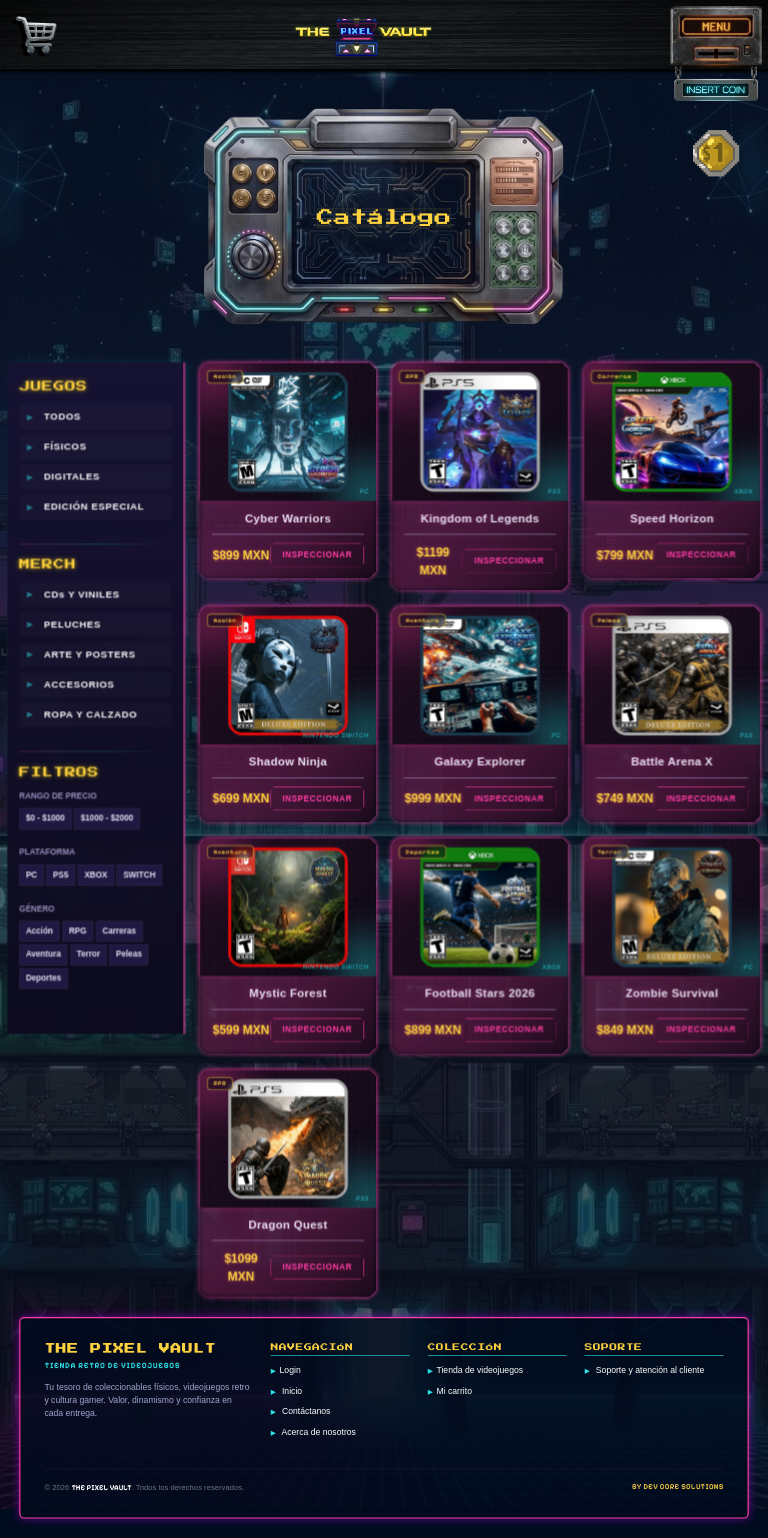
Repository: DianaSGarciaR/The-Pixel-Vault
Page: tienda.html
The author's editor kept a copy of each file at every save. The page is drawn from the files as they stood at one save, then again after a run of saves.
The browser window is 1280 px wide. The pictures show the whole page, at 60% of full size.
Some web fonts or font styles are not loaded; a fallback is used.

Above is the page before, as saved 2026-10-21 14:13:56.

### tienda.html
<!doctype html>
<html lang="es">
  <head>
    <meta charset="UTF-8" />
    <meta name="viewport" content="width=device-width, initial-scale=1.0" />
    <title>Catálogo</title>

    <!-- !LINK BOOSTRAP-->
    <link
      href="https://cdn.jsdelivr.net/npm/bootstrap@5.3.8/dist/css/bootstrap.min.css"
      rel="stylesheet"
      integrity="sha384-sRIl4kxILFvY47J16cr9ZwB07vP4J8+LH7qKQnuqkuIAvNWLzeN8tE5YBujZqJLB"
      crossorigin="anonymous"
    />
    <!-- !FIN LINK BOOSTRAP-->
    <link rel="stylesheet" href="./styles/tienda.css" /> <!--Estilos específicos del catálogo-->
    <link rel="stylesheet" href="./styles/styles.css" /> <!-- Estilos generales de todo el ecommerce-->

    <!--Link de fuente-->
    <style>
      @import url("https://fonts.googleapis.com/css2?family=Inter:ital,opsz,wght@0,14..32,100..900;1,14..32,100..900&family=Pixelify+Sans:wght@400..700&family=Quantico:ital,wght@0,400;0,700;1,400;1,700&display=swap");
    </style>
  </head>

  <body>
    <!-- Navbar-->
    <main class="navThePixelVault"></main>

    <!--↓↓↓↓↓↓↓↓↓↓↓Agrega aquí tu código↓↓↓↓↓↓↓↓↓↓↓↓↓↓-->

    <!--* INICIO : Banner Principal ---->
      <section class="banner-container">
        <!-- Imagen de fondo-->
        <img class="banner-frame" src="./assets/banner-img.webp" alt="Marco del Banner">
        <!-- Contenedor de la pantalla central con los botones -->
        <div class="banner-screen">
          <h3 class="yellow-accent btn-yellow head" class="head" >Catálogo</h3>
        </div>
      </section>
    <!--* FIN : Banner Principal Sci-Fi ---->




    <!--* ============================== Prueba card ========================-->

    <section class="container-fluid my">
      <div class="row g-4">
        <!-- Menú Lateral -->
        <div class="col-12 col-md-3">
          <aside class="banner-sidebar">
  <!-- Sección Videojuegos -->
  <div class="section menu-group">
    <button
      class="section-title menu-toggle d-md-none"
      type="button"
      data-bs-toggle="collapse"
      data-bs-target="#menuVideojuegos"
      aria-expanded="false"
    >
    <span>VIDEOJUEGOS</span>
      <span class="chevron">▼</span>
    </button>
    <h3 class="section-title d-none d-md-block">JUEGOS</h3>
    <div class="collapse d-md-block" id="menuVideojuegos">
    <ul class="menu-list">
      <li><a href="#Videojuegos" id="Videojuegos"><span class="arrow">▶</span>TODOS</a></li>
      <li><a href="#Fisicos" id="Fisicos"><span class="arrow">▶</span>FÍSICOS</a></li>
      <li><a href="#Digitales" id="Digitales"><span class="arrow">▶</span>DIGITALES</a></li>
      <li><a href="#EdicionEspecial" id="EdicionEspecial"><span class="arrow">▶</span>EDICIÓN ESPECIAL</a></li>
    </ul>
  </div>
  </div>
  <div class="menu-divider"></div>

  <!-- Sección Merch -->
   <div class="section menu-group">
    <button
      class="section-title menu-toggle d-md-none"
      type="button"
      data-bs-toggle="collapse"
      data-bs-target="#menuMerch"
      aria-expanded="false"
    >
   <span>MERCH</span>
      <span class="chevron">▼</span>
    </button>
    <h3 class="section-title d-none d-md-block">MERCH</h3>
    <div class="collapse d-md-block" id="menuMerch">
    <ul class="menu-list">
      <li><a href="#"><span class="arrow">▶</span>CDs Y VINILES</a></li>
      <li><a href="#"><span class="arrow">▶</span>PELUCHES</a></li>
      <li><a href="#"><span class="arrow">▶</span>ARTE Y POSTERS</a></li>
      <li><a href="#"><span class="arrow">▶</span>ACCESORIOS</a></li>
      <li><a href="#"><span class="arrow">▶</span>ROPA Y CALZADO</a></li>
    </ul>
    </div>
  </div>

 <div class="menu-divider"></div>

  <div class="section menu-group">
  <button
    class="section-title menu-toggle d-md-none"
    type="button"
    data-bs-toggle="collapse"
    data-bs-target="#menuFiltros"
    aria-expanded="false"
  >
    <span>FILTROS</span>
    <span class="chevron">▼</span>
  </button>
  <h3 class="section-title d-none d-md-block">FILTROS</h3>

  <div class="collapse d-md-block" id="menuFiltros">

    <!-- Filtro: Rango de Precio -->
    <div class="filter-box">
      <span class="filter-label">RANGO DE PRECIO</span>
      <div class="filter-options">
        <button class="filter-tag" data-filter-type="price" data-filter-value="0-1000">$0 - $1000</button>
        <button class="filter-tag" data-filter-type="price" data-filter-value="1000-2000">$1000 - $2000</button>
      </div>
    </div>
<br>
    <!-- Filtro: Plataforma -->
    <div class="filter-box">
      <span class="filter-label">PLATAFORMA</span>
      <div class="filter-options">
        <button class="filter-tag" data-filter-type="platform" data-filter-value="pc">PC</button>
        <button class="filter-tag" data-filter-type="platform" data-filter-value="ps5">PS5</button>
        <button class="filter-tag" data-filter-type="platform" data-filter-value="xbox">XBOX</button>
        <button class="filter-tag" data-filter-type="platform" data-filter-value="switch">SWITCH</button>
      </div>
    </div>
<br>
    <!-- Filtro: Género -->
    <div class="filter-box">
      <span class="filter-label">GÉNERO</span>
      <div class="filter-options">
        <button class="filter-tag" data-filter-type="genre" data-filter-value="acción">Acción</button>
        <button class="filter-tag" data-filter-type="genre" data-filter-value="rpg">RPG</button>
        <button class="filter-tag" data-filter-type="genre" data-filter-value="carreras">Carreras</button>
        <button class="filter-tag" data-filter-type="genre" data-filter-value="aventura">Aventura</button>
        <button class="filter-tag" data-filter-type="genre" data-filter-value="terror">Terror</button>
        <button class="filter-tag" data-filter-type="genre" data-filter-value="peleas">Peleas</button>
        <button class="filter-tag" data-filter-type="genre" data-filter-value="deportes">Deportes</button>

      </div>
    </div>

  </div>
</div>
</aside>
        </div>
         <!-- Grid de Productos -->
        <div class="col-12 col-md-9">
          <div id="productos" class="row g-4">

          </div>
        </div>
      </div>
    </section>


    <!--↑↑↑↑↑↑↑↑↑↑↑Agrega aquí tu código↑↑↑↑↑↑↑↑↑↑↑↑↑↑-->



    <!-- Footer: su contenido se inserta desde globalElements.js. -->
    <footer class="footer-container"></footer>

    <!-- ! ENLACES DE ARCHIVOS JAVASCRIP-->
    <script src="./javascript/globalElements.js"></script>
    <script src="./javascript/productosJSON.js"></script> <!--JSON con los productos del catlogo-->
    <script type="module" src="./javascript/tienda.js"></script><!-- Logica que maneja el DOM-->
    <!-- ! FIN DE ENLACES DE ARCHIVOS JAVASCRIP-->
    <!-- !LINK BOOSTRAP-->
    <script
      src="https://cdn.jsdelivr.net/npm/bootstrap@5.3.8/dist/js/bootstrap.bundle.min.js"
      integrity="sha384-FKyoEForCGlyvwx9Hj09JcYn3nv7wiPVlz7YYwJrWVcXK/BmnVDxM+D2scQbITxI"
      crossorigin="anonymous"
    ></script>
    <!-- !FIN LINK BOOSTRAP-->
  </body>
</html>

Loaded but not shown: javascript/globalElements.js (361 lines, source omitted); javascript/tienda.js (194 lines, source omitted); services/dataCatalogo.js (142 lines, source omitted); javascript/productosJSON.js (132 lines, source omitted); styles/styles.css (1016 lines, source omitted); styles/tienda.css (830 lines, source omitted)

After the next 2 saves:
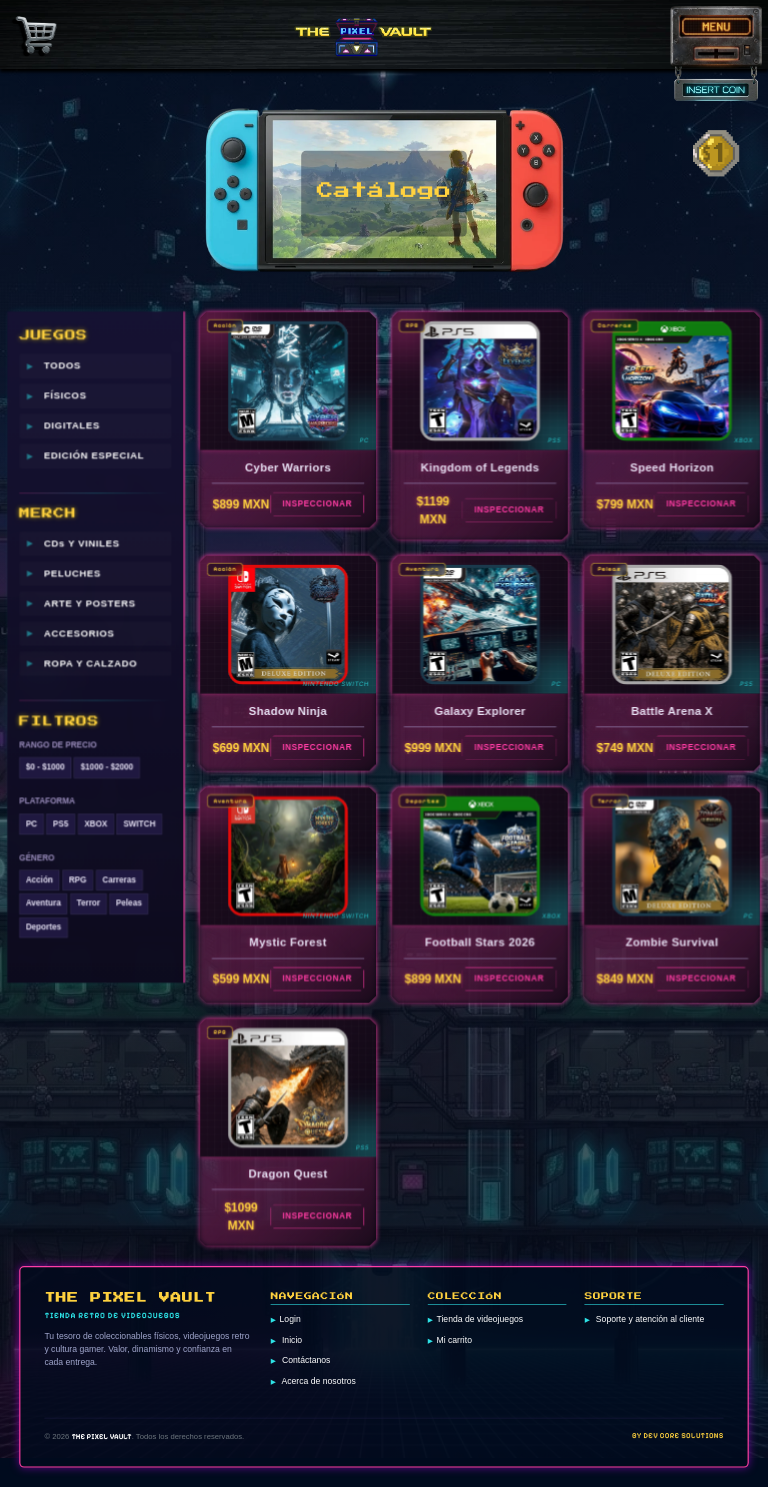
The 2 saves are shown as one change because they came seconds apart.
The last was saved 13 s later.
--- a/tienda.html
+++ b/tienda.html
@@ -31,7 +31,7 @@
     <!--* INICIO : Banner Principal ---->
       <section class="banner-container">
         <!-- Imagen de fondo-->
-        <img class="banner-frame" src="./assets/banner-img.webp" alt="Marco del Banner">
+        <img class="banner-frame" src="./assets/bannercatalogo.webp" alt="Marco del Banner">
         <!-- Contenedor de la pantalla central con los botones -->
         <div class="banner-screen">
           <h3 class="yellow-accent btn-yellow head" class="head" >Catálogo</h3>
